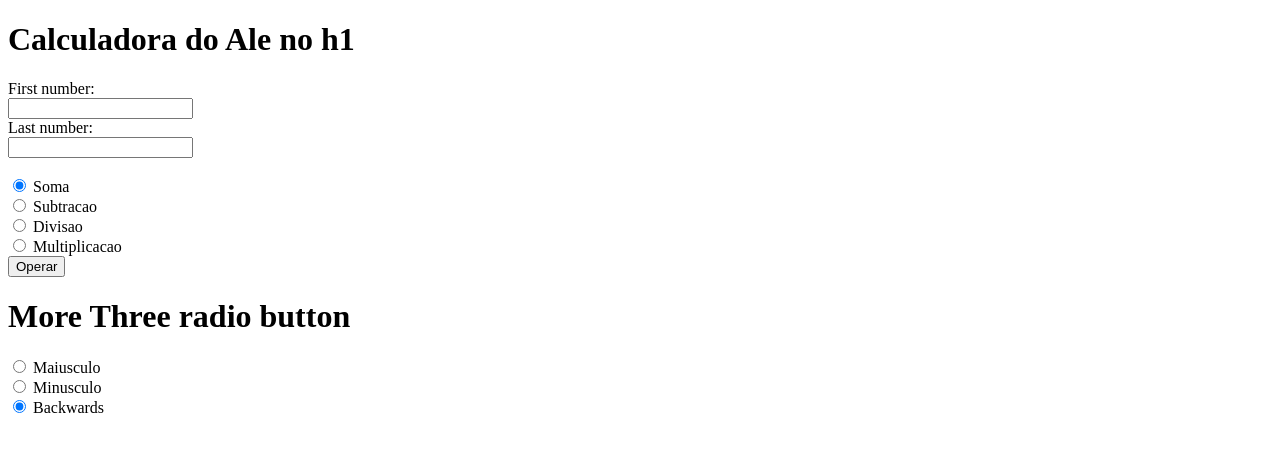
Repository: Alexandre-engelmann/git_lucas_mentory
Page: http://localhost/Calculadora/
An editor plug-in stored every save of this project. The page is shown before and after the next save, followed by the edit.
The browser window is 1280 px wide. The pictures show the whole page.
The page is served by Tomcat 9. Other server files are loaded and not shown.

Above is the page before, as saved 2019-12-20 12:24:21.

### Calculadora/WebContent/index.jsp

<%@ page language="java" contentType="text/html; charset=ISO-8859-1"
    pageEncoding="ISO-8859-1"%>
<!DOCTYPE html>
<html>
<head>
<meta charset="ISO-8859-1">
<title>Calculadora</title>
</head>
<body>
<h1>Calculadora do Ale no h1
</h1>

<form action="Operation">
  First number:<br>
  <input type="text" name="firstnumber" value="">
  <br>
  Last number:<br>
  <input type="text" name="lastnumber" value="">
  <br><br>
   <input type="radio" name="Operacao" value="soma" checked> Soma<br>
  <input type="radio" name="Operacao" value="subtracao"> Subtracao<br>
  <input type="radio" name="Operacao" value="divisao"> Divisao<br>
  <input type="radio" name="Operacao" value="multiplicacao"> Multiplicacao<br>
  <input type="submit" value="Operar">
</form>

<h1>More Three radio button</h1>
<form action="String operation">
<input type="radio" name="Operacao" value="soma" checked> Maiusculo<br>
<input type="radio" name="Operacao" value="soma" checked> Minusculo<br>
<input type="radio" name="Operacao" value="soma" checked> Backwards<br>
</form>


</body>
</html>

After the next save:
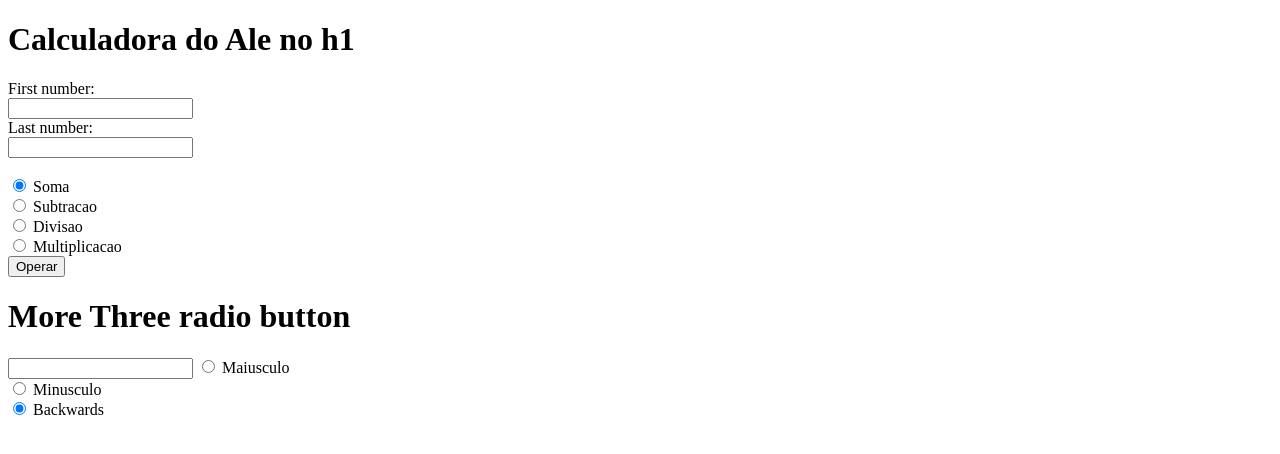
Saved 67 s later.
--- a/Calculadora/WebContent/index.jsp
+++ b/Calculadora/WebContent/index.jsp
@@ -27,6 +27,7 @@
 
 <h1>More Three radio button</h1>
 <form action="String operation">
+ <input type="text" name="firstnumber" value="">
 <input type="radio" name="Operacao" value="soma" checked> Maiusculo<br>
 <input type="radio" name="Operacao" value="soma" checked> Minusculo<br>
 <input type="radio" name="Operacao" value="soma" checked> Backwards<br>
